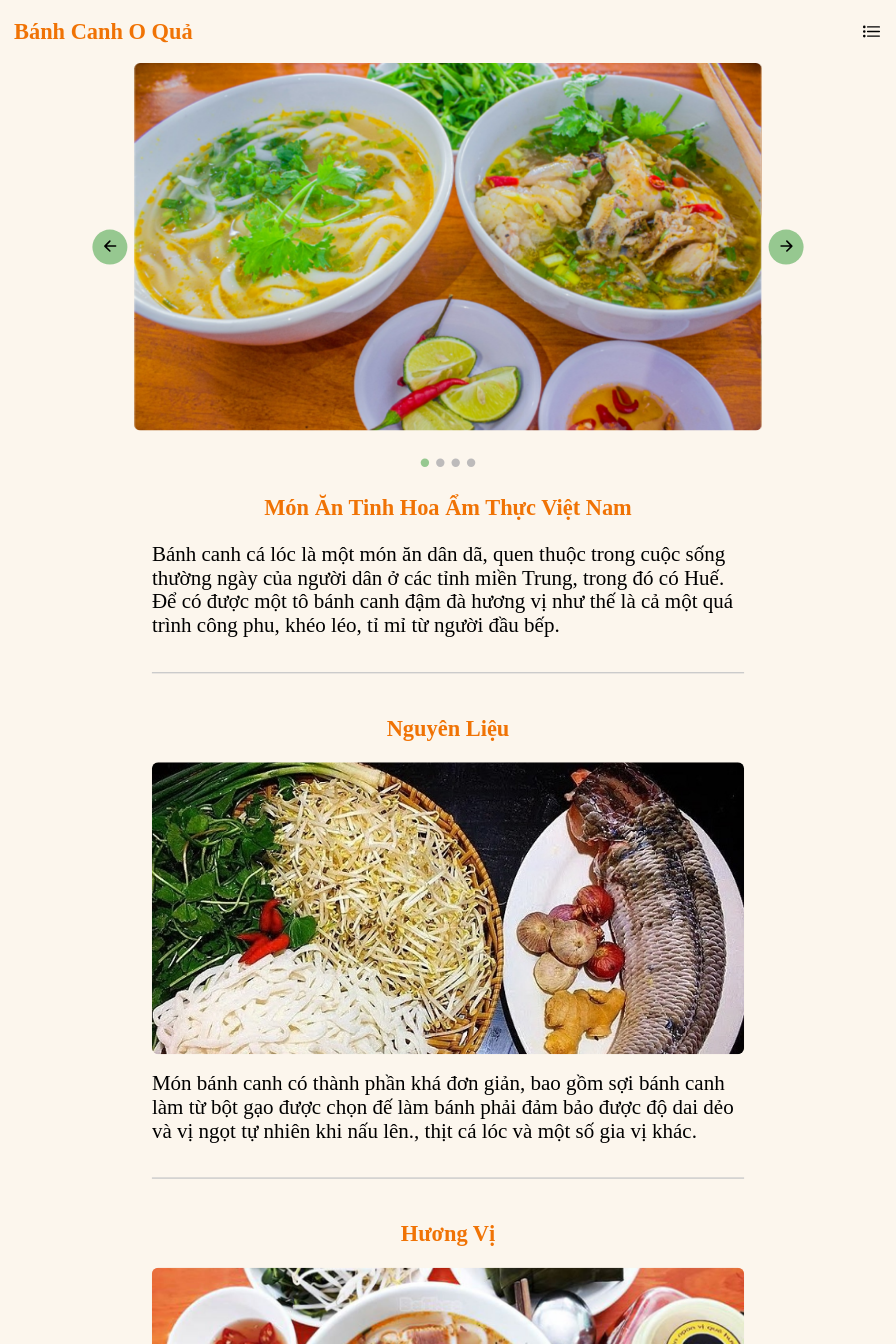
Repository: LeCongTuan2608/AmThuc
Page: index.html
These files come from the project's save history. The page is drawn as it stood at one moment and after the next save; the edit follows.
The browser window is 1280 px wide. The pictures show the part of the page from y = 0 to 1920 px (the page is 3454 px tall before and 5046 px after), at 70% of full size.
Some web fonts or font styles are not loaded; a fallback is used. Some web libraries are served in a nearby version. The style sheet was rebuilt from its Sass, Less or Tailwind sources for each picture, by a compiler version that may differ from the author's.

Above is the page before, as saved 2022-04-15 14:07:14.

### index.html
<!DOCTYPE html>
<html lang="en">
   <head>
      <meta charset="UTF-8" />
      <meta http-equiv="X-UA-Compatible" content="IE=edge" />
      <meta name="viewport" content="width=device-width, initial-scale=1.0" />

      <link rel="stylesheet" type="text/css" href="https://cdn.jsdelivr.net/npm/slick-carousel@1.8.1/slick/slick.css" />

      <script type="module" src="https://unpkg.com/ionicons@5.5.2/dist/ionicons/ionicons.esm.js"></script>
      <script nomodule src="https: // unkg .com / ionicons @ 5.5.2 / dist / ionicons / ionicons.js "></script>

      <link rel="preconnect" href="https://fonts.googleapis.com" />
      <link rel="preconnect" href="https://fonts.gstatic.com" crossorigin />
      <link href="https://fonts.googleapis.com/css2?family=Updock&display=swap" rel="stylesheet" />

      <link rel="stylesheet" href="../sass/css/index.css" />
      <link rel="stylesheet" href="../Javascript/app.js" />

      <title>Bánh Canh O Quả</title>
   </head>
   <body>
      <header>
         <div id="header">
            <h1>Bánh Canh O Quả</h1>
            <ion-icon name="list-outline"></ion-icon>
         </div>
      </header>
      <main>
         <div id="container">
            <div id="top" class="top">
               <div class="image">
                  <img src="../images/anh-3.png" alt="" />
               </div>
               <div class="image">
                  <img src="../images/anh-4.jpg" alt="" />
               </div>
               <div class="image">
                  <img src="../images/anh-5.jpg" alt="" />
               </div>
               <div class="image">
                  <img src="../images/anh-6.jpg" alt="" />
               </div>
            </div>
            <div id="middle">
               <div id="contents">
                  <div id="story" class="posts">
                     <h1>Món Ăn Tinh Hoa Ẩm Thực Việt Nam</h1>
                     <p>
                        Bánh canh cá lóc là một món ăn dân dã, quen thuộc trong cuộc sống thường ngày của người dân ở
                        các tỉnh miền Trung, trong đó có Huế. Để có được một tô bánh canh đậm đà hương vị như thế là cả
                        một quá trình công phu, khéo léo, tỉ mỉ từ người đầu bếp.
                     </p>
                  </div>
                  <div id="ingredient" class="posts">
                     <h1>Nguyên Liệu</h1>
                     <img src="../images/anh-8.jpg" alt="" />
                     <p>
                        Món bánh canh có thành phần khá đơn giản, bao gồm sợi bánh canh làm từ bột gạo được chọn đế làm
                        bánh phải đảm bảo được độ dai dẻo và vị ngọt tự nhiên khi nấu lên., thịt cá lóc và một số gia vị
                        khác.
                     </p>
                  </div>
                  <div id="taste" class="posts">
                     <h1>Hương Vị</h1>
                     <img src="../images/anh-7.jpg" alt="" />
                     <p>
                        Bánh canh cá lóc nơi đây mang hương vị thanh thanh, từng sợi bánh được làm từ bột gạo, có độ dài
                        và mềm vừa phải. Cá lóc tẩm ướp gia vị vừa vặn và không chiên qua dầu mỡ nên giữ nguyên được
                        hương vị ngon ngọt tự nhiên của thịt.Để thưởng thức bánh canh cá lóc một cách trọn vẹn, người ta
                        thường nêm thêm sa tế tạo vị cay cay, tê tê cũng như màu sắc hấp dẫn cho món ăn. Ngoài ra, bánh
                        canh cá lóc nên ăn kèm với rau đắng và giá đỗ để tạo sự lạ miệng, bớt ngấy.
                     </p>
                  </div>
                  <div id="price" class="posts">
                     <h1>Giá Thành</h1>
                     <p>
                        Chỉ từ 20.000 vnd - 50.000 vnd, bạn đã có thể thưởng thức một tô bánh canh cá lóc ngon lành nóng
                        hổi đầy ắp thịt cá.
                     </p>
                  </div>
                  <div id="address" class="posts">
                     <h1>Địa Chỉ</h1>
                     <p>Số 76 đường 30/4 thị trấn Ngãi Giao, huyện Châu Đức, tỉnh Bà Rịa Vũng Tàu</p>
                  </div>
               </div>
            </div>
         </div>
      </main>
      <footer></footer>

      <script type="text/javascript" src="https://code.jquery.com/jquery-1.11.0.min.js"></script>
      <script type="text/javascript" src="https://code.jquery.com/jquery-migrate-1.2.1.min.js"></script>
      <script
         type="text/javascript"
         src="https://cdn.jsdelivr.net/npm/slick-carousel@1.8.1/slick/slick.min.js"
      ></script>
      <script src="../Javascript/app.js"></script>
   </body>
</html>

### Javascript/app.js
$(document).ready(function () {
   $('.top').slick({
      infinite: true,
      arrows: true,
      draggable: false,
      dots: true,
      //   autoplay: true,
      //   autoplaySpeed: 1500,
      prevArrow: `<button type='button' class='slick-prev slick-arrow'><ion-icon name="arrow-back-outline"></ion-icon></button>`,
      nextArrow: `<button type='button' class="slick-next slick-arrow"><ion-icon name="arrow-forward-outline"></ion-icon></button>`,
   });
});

### sass/index.scss
@import './variables';
html{
    font-size: 100%;
    width: 100%;
    height: 100%;
}
*{
    margin: 0;
    padding: 0;
}
body{
    width: 100%;
    height: 100%;
    background-color: $background_Color;
}
header #header{
    display: flex;
    height: 50px;
    padding: 20px;
    align-items: center;
    justify-content: space-between;
}
#header h1{
    color: $words_Color;
    cursor: pointer;
    font-family: $words_font;
}
#header ion-icon{
    font-size: 30px;
    cursor: pointer;
}
main{
    width: 100%;
    display: flex;
    justify-content: center;
}
main #container{
    height: auto;
    display: flex;
    width: 70%;
    flex-direction: column;
    // justify-content: center;

}
#top {
}
.image{
    height: 10%;
    width: 100%;
}
.image img{
    width: 100%;
    height: 100%;
    border-radius: 8px;
    background-size: cover;
}
.slick-arrow{
    height: 50px;
    width: 50px;
    border: none;
    border-radius: 100rem;
    position: absolute;
    align-items: center;
    font-size: 25px;
    line-height: 1;
    z-index: 2;
    top: 50%;
    transform: translateY(-50%);
    background-color: rgb(150, 200, 144);
    cursor: pointer;
}
.slick-arrow:hover{
    background-color: rgb(70, 145, 191);
}
.slick-arrow:active{
    background-color: $words_Color;
}
.slick-prev{
    left:-60px;

}
.slick-next{
    right: -60px;
}
.slick-dots{
    position:absolute;
    bottom: 0;
    left: 50%;
    transform:  translate(-50%,50px);
    display: flex !important;
    align-items: center;
    justify-content: center;
    gap: 0 10px;
}
.slick-dots li{
    list-style-type: none;
}
.slick-dots button{
    font-size: 0;
    width: 12px;
    height: 12px;
    border-radius: 100rem;
    border: none;
    cursor: pointer;
    background-color: rgb(189, 187, 187);


}
.slick-dots .slick-active button{
    background-color: rgb(150, 200, 144);
}
#contents{
    width: auto;
    height: auto;
    padding: 30px 25px 30px 25px;
}
.posts{
    border-bottom-style: solid;
    border-width: 2px;
    border-color: #cbcbcb;
    padding-bottom: 50px;
}
.posts h1{
    color: $words_Color;
    text-align: center;
    margin: 60px 0 30px 0;
    font-family: $words_font;
}
.posts img{
    width: 100%;
    height: 100%;
    background-size: cover;
    border-radius: 9px;
    margin-bottom: 20px;
}
.posts p{
    font-size: $font_Size;
    font-family: $words_font;
}
#address{
    border-bottom-style:none;
}
footer{
    height: 200px;
    background-color: $words_Color;
}
@media screen and (max-width: 500px) {
    main #container{
        height: auto;
        display: flex;
        width: 90%;
        flex-direction: column;
    }
    #contents{
        width: auto;
        height: auto;
        padding: 5px 5px 10px 5px;
    }
    .posts{
        border-bottom-style: solid;
        border-width: 2px;
        border-color: #cbcbcb;
        padding-bottom: 30px;
    }
    .posts h1{
        color: $words_Color;
        text-align: center;
        margin: 20px 0 20px 0;
        font-family: $words_font;
    }
    #address{
        border-bottom-style:none;
    }
}

### sass/variables.scss
$background_Color: #fcf6ed;
$words_Color: #f07305;
$words_font: 'Updock', cursive;
$font_Size: 30px;

After the next save:
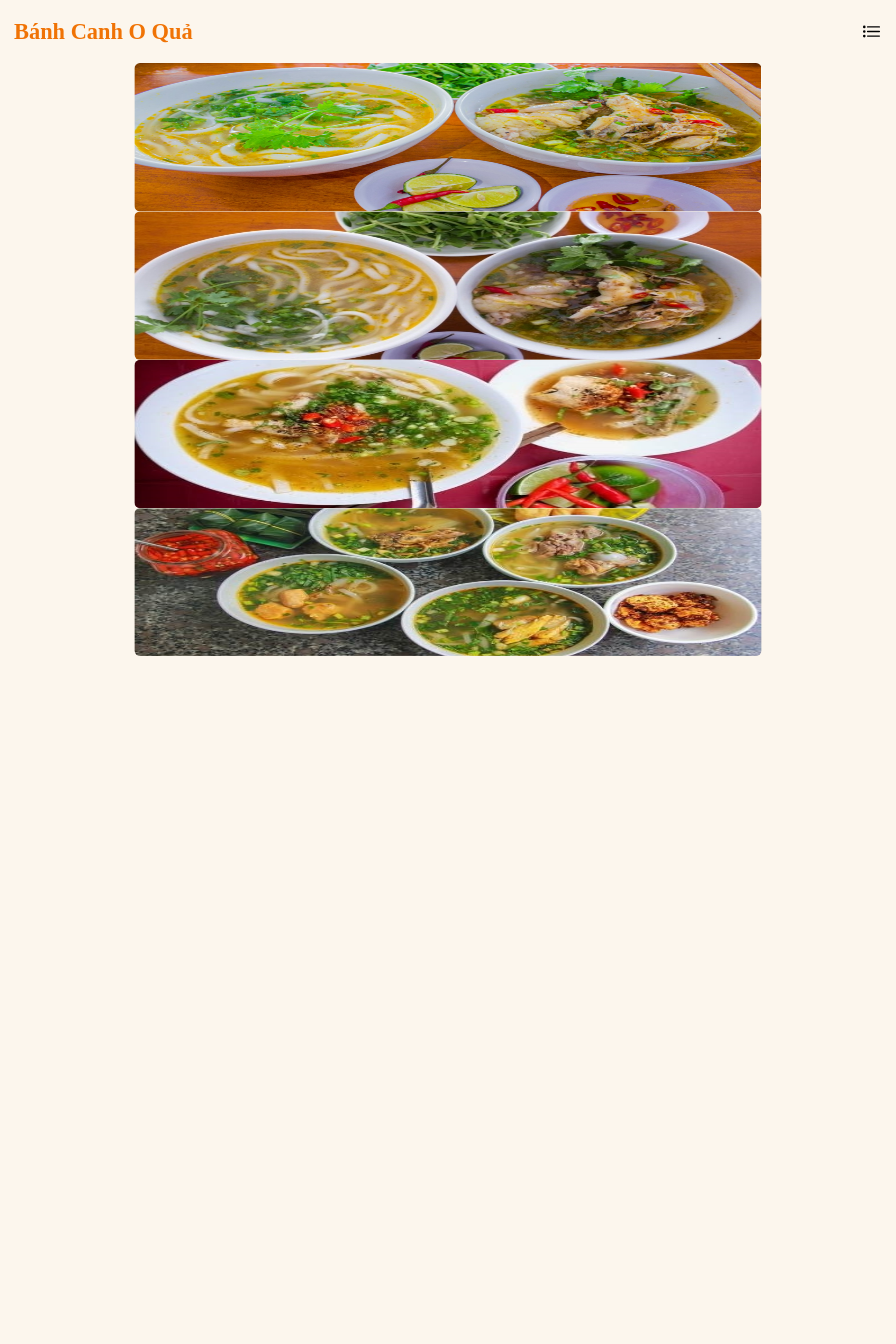
Console error: SyntaxError: Unexpected identifier 'prevArrow'
Saved 2 min 5 s later.
--- a/Javascript/app.js
+++ b/Javascript/app.js
@@ -6,6 +6,12 @@
       dots: true,
       //   autoplay: true,
       //   autoplaySpeed: 1500,
+      responsive:[{
+          breakpoint: 500,
+          settings:{
+            arrows: false,
+          }
+      }]
       prevArrow: `<button type='button' class='slick-prev slick-arrow'><ion-icon name="arrow-back-outline"></ion-icon></button>`,
       nextArrow: `<button type='button' class="slick-next slick-arrow"><ion-icon name="arrow-forward-outline"></ion-icon></button>`,
    });

After the save that followed:
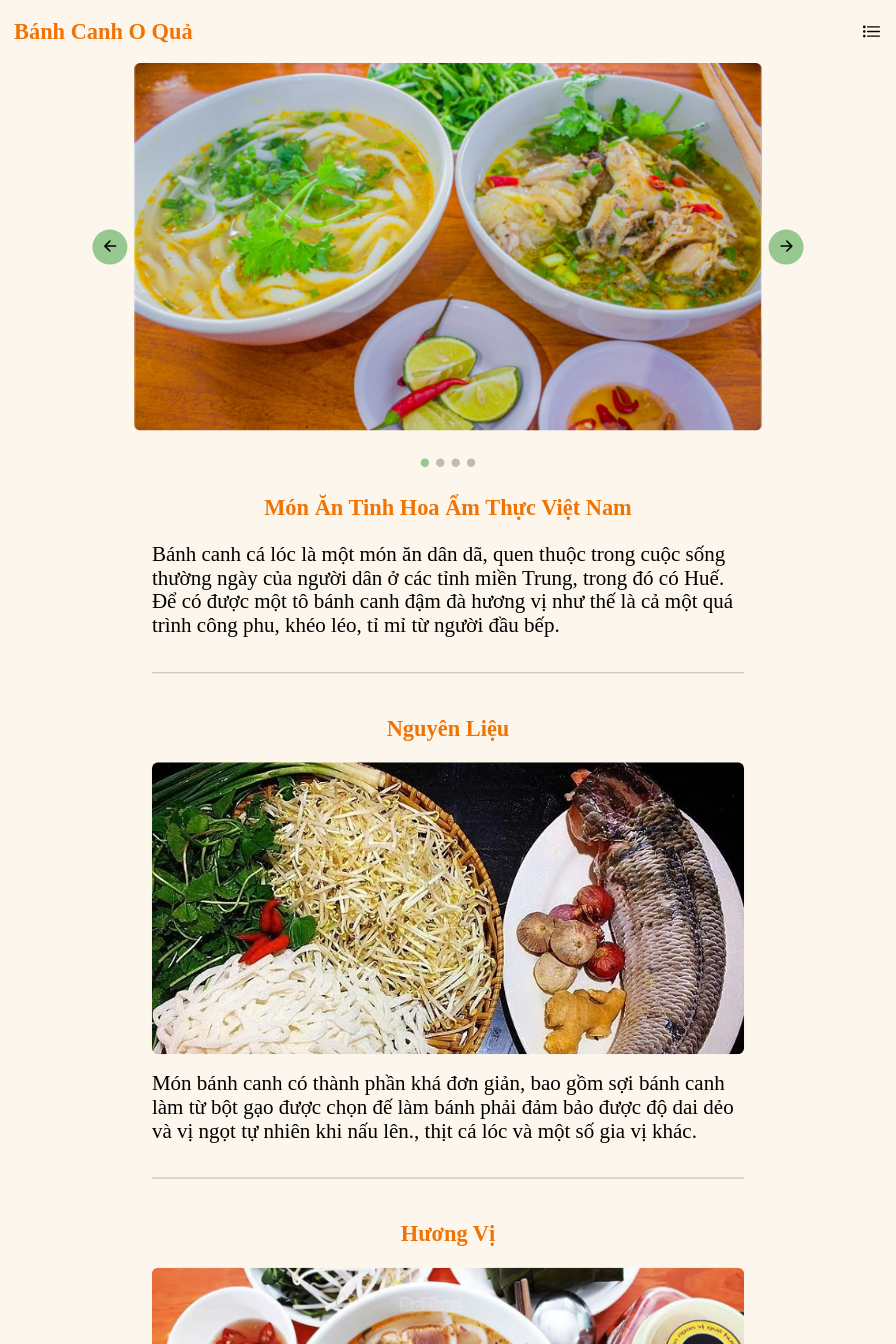
The error is gone.
Saved 12 s later.
--- a/Javascript/app.js
+++ b/Javascript/app.js
@@ -6,12 +6,14 @@
       dots: true,
       //   autoplay: true,
       //   autoplaySpeed: 1500,
-      responsive:[{
-          breakpoint: 500,
-          settings:{
-            arrows: false,
-          }
-      }]
+      responsive: [
+         {
+            breakpoint: 500,
+            settings: {
+               arrows: false,
+            },
+         },
+      ],
       prevArrow: `<button type='button' class='slick-prev slick-arrow'><ion-icon name="arrow-back-outline"></ion-icon></button>`,
       nextArrow: `<button type='button' class="slick-next slick-arrow"><ion-icon name="arrow-forward-outline"></ion-icon></button>`,
    });
